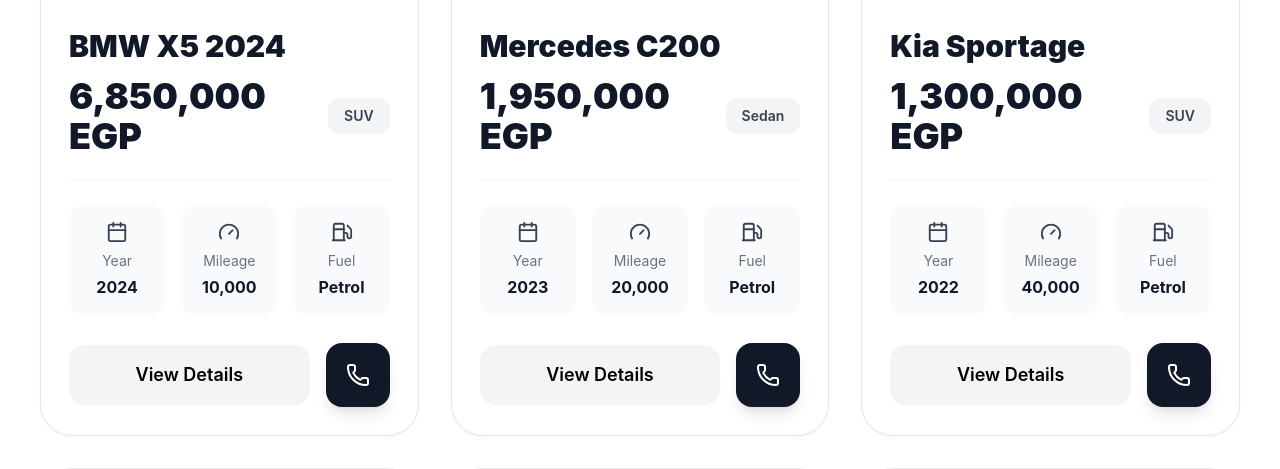
Repository: Hazem-Amr/Car-Price-Prediction
Page: / (app in frontend/)
These files come from the project's save history. The page is drawn as it stood at one moment and after the next save; the edit follows.
The browser window is 1280 px wide. The pictures show the part of the page from y = 1918 to 2387 px (the page is 7592 px tall).
Pictures or frames that could not be fetched are drawn as grey boxes. The project was rebuilt for these pictures with package versions that can differ from the ones it lists, and the page was loaded fresh each time. Also part of the build but not shown: frontend/vite.config.js, frontend/src/components/PricePredictorSection.jsx, frontend/src/data/userListings.js, frontend/src/components/CarsFilter.jsx, frontend/src/pages/Cars.jsx, frontend/src/pages/CarDetails.jsx, frontend/src/pages/Brands.jsx, frontend/src/pages/About.jsx and 5 more.

Above is the page before, as saved 2026-05-27 23:04:48.

### frontend/index.html
<!doctype html>
<html lang="en">
  <head>
    <meta charset="UTF-8" />
    <link rel="icon" type="image/svg+xml" href="/favicon.svg" />
    <meta name="viewport" content="width=device-width, initial-scale=1.0" />
    <title>Tara</title>
  </head>
  <body>
    <div id="root"></div>
    <script type="module" src="/src/main.jsx"></script>
  </body>
</html>

### frontend/src/App.jsx
import React from "react";
import { Routes, Route } from "react-router-dom";
import MainLayout from "./layouts/MainLayout";
import Home from "./pages/Home";
import Cars from "./pages/Cars";
import CarDetails from "./pages/CarDetails";
import Brands from "./pages/Brands";
import About from "./pages/About";
import Contact from "./pages/Contact";
import PricePredictor from "./pages/PricePredictor";
import SellCar from "./pages/SellCar";

export default function App() {
  return (
    <Routes>
      <Route path="/" element={<MainLayout />}>
        <Route index element={<Home />} />
        <Route path="/cars" element={<Cars />} />
        <Route path="/cars/:id" element={<CarDetails />} />
        <Route path="/brands" element={<Brands />} />
        <Route path="/price-predictor" element={<PricePredictor />} />
        <Route path="/sell-car" element={<SellCar />} />
        <Route path="/about" element={<About />} />
        <Route path="/contact" element={<Contact />} />
      </Route>
    </Routes>
  );
}

### frontend/src/index.css
@tailwind base;
@tailwind components;
@tailwind utilities;

html,
body,
#root {
  width: 100%;
  min-height: 100%;
  margin: 0;
  padding: 0;
  overflow-x: hidden;
}

body {
  font-family: Inter, sans-serif;
  background: #ffffff;
}

* {
  box-sizing: border-box;
}

### frontend/src/layouts/MainLayout.jsx
import React from "react";
import { Outlet } from "react-router-dom";
import Navbar from "../components/Navbar";
import Footer from "../components/Footer";

export default function MainLayout() {
  return (
    <div className="w-full min-h-screen bg-white overflow-x-hidden">
      <Navbar />

      <main className="w-full">
        <Outlet />
      </main>

      <Footer />
    </div>
  );
}

### frontend/src/pages/Home.jsx
import Hero from "../components/Hero";
import SearchBar from "../components/SearchBar";
import FeaturedCars from "../components/FeaturedCars";
import BrandGrid from "../components/BrandGrid";
import StatsSection from "../components/StatsSection";
import CTASection from "../components/CTASection";
import PricePredictor from "../components/PricePredictorSection";
import BrowseCategories from "../components/BrowseCategories";

export default function Home() {
  return (
    <>
      <Hero />
      <SearchBar />
      <BrowseCategories />
      <FeaturedCars />
      <BrandGrid />
      <StatsSection />
      <CTASection />
    </>
  );
}

### frontend/src/components/Navbar.jsx
import React, { useState } from "react";
import { Link, NavLink } from "react-router-dom";
import { Menu, X } from "lucide-react";
import logo from "../assets/logo.png";

const navLinks = [
  {
    name: "Home",
    path: "/",
  },

  {
    name: "Cars",
    path: "/cars",
  },

  {
    name: "Brands",
    path: "/brands",
  },

  {
    name: "AI Pricing",
    path: "/price-predictor",
  },

  {
    name: "About",
    path: "/about",
  },

  {
    name: "Contact",
    path: "/contact",
  },
];

export default function Navbar() {
  const [isOpen, setIsOpen] = useState(false);

  return (
    <header className="fixed top-0 left-0 w-full z-50 bg-white/90 backdrop-blur-xl border-b border-gray-100">
      <div className="max-w-[1400px] mx-auto px-6 md:px-10">
        <div className="flex items-center justify-between h-24">
          {/* Logo */}
          <Link to="/" className="flex items-center">
            <img src={logo} alt="Tara Logo" className="h-14 object-contain" />
          </Link>

          {/* Desktop Nav */}
          <nav className="hidden lg:flex items-center gap-10">
            {navLinks.map((link) => (
              <NavLink
                key={link.name}
                to={link.path}
                className={({ isActive }) =>
                  `text-lg font-semibold transition-all duration-300 ${
                    isActive
                      ? "text-gray-900"
                      : "text-gray-500 hover:text-gray-900"
                  }`
                }
              >
                {link.name}
              </NavLink>
            ))}

            {/* CTA */}
            <Link to="/sell-car">
              <button className="bg-gray-900 hover:bg-black text-white px-7 py-3 rounded-2xl font-semibold transition-all duration-300 shadow-lg">
                Sell Your Car
              </button>
            </Link>
          </nav>

          {/* Mobile Menu Button */}
          <button
            onClick={() => setIsOpen(!isOpen)}
            className="lg:hidden w-12 h-12 rounded-2xl bg-gray-100 flex items-center justify-center"
          >
            {isOpen ? (
              <X size={26} className="text-gray-900" />
            ) : (
              <Menu size={26} className="text-gray-900" />
            )}
          </button>
        </div>
      </div>

      {/* Mobile Menu */}
      {isOpen && (
        <div className="lg:hidden bg-white border-t border-gray-100 shadow-xl">
          <div className="px-6 py-8 flex flex-col gap-5">
            {navLinks.map((link) => (
              <NavLink
                key={link.name}
                to={link.path}
                onClick={() => setIsOpen(false)}
                className={({ isActive }) =>
                  `text-lg font-semibold transition ${
                    isActive
                      ? "text-gray-900"
                      : "text-gray-500 hover:text-gray-900"
                  }`
                }
              >
                {link.name}
              </NavLink>
            ))}

            {/* Mobile CTA */}
            <Link to="/sell-car" onClick={() => setIsOpen(false)}>
              <button className="mt-4 w-full bg-gray-900 hover:bg-black text-white h-14 rounded-2xl font-semibold transition">
                Sell Your Car
              </button>
            </Link>
          </div>
        </div>
      )}
    </header>
  );
}

### frontend/src/components/Hero.jsx
import React from "react";
import { Link } from "react-router-dom";

export default function Hero() {
  return (
    <section className="w-full bg-[#f5f5f7] py-24 overflow-hidden">
      <div className="max-w-[1400px] mx-auto px-6 md:px-10 grid lg:grid-cols-2 gap-16 items-center">
        <div>
          <h1 className="text-6xl font-black leading-tight text-gray-900 mb-8">
            Find Your
            <br />
            Perfect Car
          </h1>

          <p className="text-xl text-gray-600 leading-9 mb-10">
            Buy and sell used cars easily with a modern marketplace experience.
          </p>

          <Link to="/cars">
            <button className="bg-[#111827] hover:bg-black text-white px-8 py-5 rounded-2xl text-lg font-semibold transition-all duration-300 shadow-lg">
              Browse Cars
            </button>
          </Link>
        </div>

        <div>
          <img
            src="https://images.unsplash.com/photo-1492144534655-ae79c964c9d7"
            alt="car"
            className="w-full h-[500px] object-cover rounded-[40px] shadow-2xl"
          />
        </div>
      </div>
    </section>
  );
}

### frontend/src/components/SearchBar.jsx
import React, { useState } from "react";
import { Search } from "lucide-react";
import { useNavigate } from "react-router-dom";

import { cars } from "../data/cars";

export default function SearchBar() {
  const [search, setSearch] = useState("");
  const [brand, setBrand] = useState("");

  const navigate = useNavigate();

  // Dynamic Brands From cars.js
  const brands = [...new Set(cars.map((car) => car.name.split(" ")[0]))];

  // Handle Search
  const handleSearch = () => {
    navigate(
      `/cars?search=${encodeURIComponent(
        search,
      )}&brand=${encodeURIComponent(brand)}`,
    );
  };

  return (
    <section className="relative -mt-16 z-20">
      <div className="max-w-[1200px] mx-auto px-6">
        {/* Container */}
        <div className="bg-white rounded-[32px] shadow-2xl border border-gray-100 p-6 md:p-8">
          {/* Search Grid */}
          <div className="grid grid-cols-1 md:grid-cols-4 gap-5 items-center">
            {/* Search Input */}
            <div className="md:col-span-2">
              <input
                type="text"
                placeholder="Search cars..."
                value={search}
                onChange={(e) => setSearch(e.target.value)}
                onKeyDown={(e) => e.key === "Enter" && handleSearch()}
                className="w-full h-16 rounded-2xl border border-gray-200 px-6 text-lg outline-none focus:border-gray-900 transition"
              />
            </div>

            {/* Dynamic Brand Select */}
            <select
              value={brand}
              onChange={(e) => setBrand(e.target.value)}
              className="h-16 rounded-2xl border border-gray-200 px-5 text-lg outline-none focus:border-gray-900 transition bg-white"
            >
              <option value="">Brand</option>

              {brands.map((brandName) => (
                <option key={brandName} value={brandName}>
                  {brandName}
                </option>
              ))}
            </select>

            {/* Search Button */}
            <button
              onClick={handleSearch}
              className="h-16 rounded-2xl bg-gray-900 hover:bg-black transition text-white font-semibold text-lg flex items-center justify-center gap-3 shadow-lg"
            >
              <Search size={22} />
              Search
            </button>
          </div>

          {/* Bottom Filters */}
          <div className="flex flex-wrap items-center gap-4 mt-6">
            <button
              onClick={() => navigate("/cars?search=suv")}
              className="px-5 py-2 rounded-full bg-gray-100 hover:bg-gray-900 hover:text-white transition font-medium"
            >
              SUV
            </button>

            <button
              onClick={() => navigate("/cars?search=sedan")}
              className="px-5 py-2 rounded-full bg-gray-100 hover:bg-gray-900 hover:text-white transition font-medium"
            >
              Sedan
            </button>

            <button
              onClick={() => navigate("/cars?search=automatic")}
              className="px-5 py-2 rounded-full bg-gray-100 hover:bg-gray-900 hover:text-white transition font-medium"
            >
              Automatic
            </button>

            <button
              onClick={() => navigate("/cars")}
              className="px-5 py-2 rounded-full bg-gray-100 hover:bg-gray-900 hover:text-white transition font-medium"
            >
              Used Cars
            </button>
          </div>
        </div>
      </div>
    </section>
  );
}

### frontend/src/components/FeaturedCars.jsx
import React, { useState } from "react";
import { Link } from "react-router-dom";
import CarCard from "./CarCard";
import { cars } from "../data/cars";

const tabs = [
  {
    id: "all",
    label: "Featured Cars",
  },

  {
    id: "latest",
    label: "Latest Listings",
  },

  {
    id: "luxury",
    label: "Luxury Cars",
  },

  {
    id: "budget",
    label: "Budget Cars",
  },
];

export default function FeaturedCars() {
  const [activeTab, setActiveTab] = useState("all");

  const filteredCars =
    activeTab === "all"
      ? cars
      : cars.filter((car) => car.category === activeTab);

  return (
    <section className="py-24 bg-white">
      <div className="max-w-[1400px] mx-auto px-6 md:px-10">
        {/* Header */}
        <div className="flex flex-col lg:flex-row lg:items-center lg:justify-between gap-8 mb-14">
          {/* Title */}
          <div>
            <h2 className="text-5xl font-black text-gray-900 mb-4">
              Explore Cars
            </h2>

            <p className="text-xl text-gray-500">
              Discover premium listings tailored for you
            </p>
          </div>

          {/* Tabs */}
          <div className="flex flex-wrap gap-4">
            {tabs.map((tab) => (
              <button
                key={tab.id}
                onClick={() => setActiveTab(tab.id)}
                className={`px-6 py-3 rounded-2xl font-semibold transition-all duration-300 ${
                  activeTab === tab.id
                    ? "bg-gray-900 text-white shadow-lg"
                    : "bg-gray-100 text-gray-700 hover:bg-gray-100 hover:text-gray-900"
                }`}
              >
                {tab.label}
              </button>
            ))}
          </div>
        </div>

        {/* Cars Grid */}
        <div className="grid grid-cols-1 md:grid-cols-2 xl:grid-cols-3 gap-8">
          {filteredCars.map((car) => (
            <div
              key={car.id}
              className="hover:-translate-y-2 transition duration-300"
            >
              <CarCard car={car} />
            </div>
          ))}
        </div>

        {/* Bottom CTA */}
        <div className="flex justify-center mt-16">
          <Link to="/cars">
            <button className="bg-gray-100 hover:bg-gray-900 hover:text-white transition-all duration-300 px-8 py-4 rounded-2xl font-semibold text-lg">
              View All Cars
            </button>
          </Link>
        </div>
      </div>
    </section>
  );
}

### frontend/src/components/StatsSection.jsx
import React from "react";
import { Car, Users, BadgeCheck, Headphones } from "lucide-react";

const stats = [
  {
    value: "25K+",
    label: "Cars Listed",
    icon: Car,
  },
  {
    value: "10K+",
    label: "Happy Clients",
    icon: Users,
  },
  {
    value: "120+",
    label: "Brands",
    icon: BadgeCheck,
  },
  {
    value: "24/7",
    label: "Support",
    icon: Headphones,
  },
];

export default function StatsSection() {
  return (
    <section className="py-24 bg-[#f5f5f7]">
      <div className="max-w-[1400px] mx-auto px-6 md:px-10">
        {/* Header */}
        <div className="text-center mb-16">
          <h2 className="text-5xl font-black text-gray-900 mb-5">
            Trusted By Thousands
          </h2>

          <p className="text-xl text-gray-500">
            Egypt's leading car marketplace platform
          </p>
        </div>

        {/* Stats */}
        <div className="grid grid-cols-1 sm:grid-cols-2 lg:grid-cols-4 gap-8">
          {stats.map((item) => {
            const Icon = item.icon;

            return (
              <div
                key={item.label}
                className="bg-white rounded-3xl p-10 shadow-sm border border-gray-100 hover:shadow-2xl hover:-translate-y-2 transition-all duration-300"
              >
                {/* Icon */}
                <div className="w-16 h-16 rounded-2xl bg-gray-100 flex items-center justify-center mb-8">
                  <Icon size={32} className="text-gray-900" />
                </div>

                {/* Number */}
                <h3 className="text-5xl font-black text-gray-900 mb-4">
                  {item.value}
                </h3>

                {/* Label */}
                <p className="text-gray-500 text-lg">{item.label}</p>
              </div>
            );
          })}
        </div>
      </div>
    </section>
  );
}

### frontend/src/components/CTASection.jsx
import React from "react";
import { Link } from "react-router-dom";
import ctaCar from "../assets/cta-car.png";

export default function CTASection() {
  return (
    <section className="py-24 bg-white overflow-hidden">
      <div className="max-w-[1400px] mx-auto px-6 md:px-10">
        {/* CTA Card */}
        <div className="relative overflow-hidden rounded-[40px] bg-gradient-to-br from-[#0f172a] via-[#111827] to-[#1e293b] px-10 py-20 md:px-20">
          {/* Background Glow */}
          <div className="absolute top-0 right-0 w-[500px] h-[500px] bg-blue-500/10 rounded-full blur-3xl"></div>

          {/* Grid */}
          <div className="relative z-10 grid lg:grid-cols-2 gap-10 items-center">
            {/* LEFT CONTENT */}
            <div>
              {/* Badge */}
              <div className="inline-flex items-center gap-2 bg-white/10 backdrop-blur px-5 py-2 rounded-full text-white text-sm font-medium mb-8">
                Premium Marketplace
              </div>

              {/* Heading */}
              <h2 className="text-5xl md:text-6xl font-black text-white leading-tight mb-8">
                Ready To Find
                <br />
                Your Dream Car?
              </h2>

              {/* Text */}
              <p className="text-xl text-gray-300 leading-9 mb-12 max-w-2xl">
                Browse thousands of verified premium listings from trusted
                dealers across Egypt.
              </p>

              {/* Buttons */}
              <div className="flex flex-wrap gap-5">
                {/* Explore Cars */}
                <Link to="/cars">
                  <button className="bg-white text-gray-900 hover:bg-gray-200 transition-all duration-300 px-8 py-5 rounded-2xl text-lg font-semibold shadow-xl">
                    Explore Cars
                  </button>
                </Link>

                {/* Sell Your Car */}
                <Link to="/sell-car">
                  <button className="bg-white/10 hover:bg-white hover:text-gray-900 text-white transition-all duration-300 px-8 py-5 rounded-2xl text-lg font-semibold backdrop-blur border border-white/10">
                    Sell Your Car
                  </button>
                </Link>
              </div>
            </div>

            {/* RIGHT SIDE */}
            <div className="relative hidden lg:flex items-center justify-center">
              {/* Large Glow */}
              <div className="absolute w-[500px] h-[500px] bg-blue-500/20 blur-3xl rounded-full"></div>

              {/* Car PNG */}
              <img
                src={ctaCar}
                alt="Luxury Car"
                className="relative z-10 w-[720px] object-contain drop-shadow-[0_40px_80px_rgba(0,0,0,0.55)] hover:scale-105 transition duration-700"
              />

              {/* Floating Card */}
              <div className="absolute bottom-10 left-0 bg-white rounded-3xl px-6 py-5 shadow-2xl z-20">
                <p className="text-gray-500 text-sm mb-1">Premium Listings</p>

                <h3 className="text-4xl font-black text-gray-900">25K+</h3>
              </div>

              {/* Floating Badge */}
              <div className="absolute top-16 right-10 bg-white/10 backdrop-blur border border-white/10 text-white px-5 py-3 rounded-2xl z-20">
                Verified Dealers
              </div>
            </div>
          </div>
        </div>
      </div>
    </section>
  );
}

### frontend/src/data/cars.js
export const cars = [
  {
    id: 1,
    name: "BMW X5 2024",
    price: "6,850,000 EGP",
    image:
      "https://media.ed.edmunds-media.com/bmw/x5/2024/oem/2024_bmw_x5_4dr-suv_xdrive40i_fq_oem_1_815.jpg",
    year: 2024,
    km: "10,000",
    transmission: "Automatic",
    bodyType: "SUV",
    fuelType: "Petrol",
    color: "Blue",
    condition: "Excellent",
    phone: "+201012345678",
  },

  {
    id: 2,
    name: "Mercedes C200",
    price: "1,950,000 EGP",
    image:
      "https://legion-images.hatla2ee.com/original_image/3497b43a-1a5c-475b-a8b5-821b7f71e9b2/large.jpg",
    year: 2023,
    km: "20,000",
    transmission: "Automatic",
    bodyType: "Sedan",
    fuelType: "Petrol",
    color: "White",
    condition: "Excellent",
    phone: "+201098765432",
  },

  {
    id: 3,
    name: "Kia Sportage",
    price: "1,300,000 EGP",
    image: "https://images.unsplash.com/photo-1503376780353-7e6692767b70",
    year: 2022,
    km: "40,000",
    transmission: "Automatic",
    bodyType: "SUV",
    fuelType: "Petrol",
    color: "Gray",
    condition: "Good",
    phone: "+201011122233",
  },

  {
    id: 4,
    name: "Audi RS7",
    price: "3,200,000 EGP",
    image: "https://images.unsplash.com/photo-1502877338535-766e1452684a",
    year: 2024,
    km: "5,000",
    transmission: "Automatic",
    bodyType: "Coupe",
    fuelType: "Petrol",
    color: "Red",
    condition: "Excellent",
    phone: "+201055566677",
  },

  {
    id: 5,
    name: "Toyota Corolla",
    price: "1,100,000 EGP",
    image: "https://images.unsplash.com/photo-1494905998402-395d579af36f",
    year: 2023,
    km: "15,000",
    transmission: "Automatic",
    bodyType: "Sedan",
    fuelType: "Petrol",
    color: "Silver",
    condition: "Excellent",
    phone: "+201022233344",
  },

  {
    id: 6,
    name: "Hyundai Elantra",
    price: "850,000 EGP",
    image: "https://images.unsplash.com/photo-1549399542-7e3f8b79c341",
    year: 2022,
    km: "35,000",
    transmission: "Automatic",
    bodyType: "Sedan",
    fuelType: "Petrol",
    color: "Blue",
    condition: "Good",
    phone: "+201077788899",
  },

  {
    id: 7,
    name: "Porsche Cayenne",
    price: "4,100,000 EGP",
    image: "https://images.unsplash.com/photo-1502161254066-6c74afbf07aa",
    year: 2024,
    km: "2,000",
    transmission: "Automatic",
    bodyType: "SUV",
    fuelType: "Petrol",
    color: "Black",
    condition: "Excellent",
    phone: "+201066677788",
  },

  {
    id: 8,
    name: "Range Rover Sport",
    price: "5,300,000 EGP",
    image: "https://images.unsplash.com/photo-1511919884226-fd3cad34687c",
    year: 2024,
    km: "1,000",
    transmission: "Automatic",
    bodyType: "SUV",
    fuelType: "Hybrid",
    color: "White",
    condition: "Excellent",
    phone: "+201044455566",
  },

  {
    id: 9,
    name: "Nissan Sunny",
    price: "690,000 EGP",
    image: "https://images.unsplash.com/photo-1489824904134-891ab64532f1",
    year: 2021,
    km: "55,000",
    transmission: "Automatic",
    bodyType: "Sedan",
    fuelType: "Petrol",
    color: "Silver",
    condition: "Fair",
    phone: "+201099988877",
  },

  {
    id: 10,
    name: "Chevrolet Captiva",
    price: "980,000 EGP",
    image: "https://images.unsplash.com/photo-1494976388531-d1058494cdd8",
    year: 2023,
    km: "18,000",
    transmission: "Automatic",
    bodyType: "SUV",
    fuelType: "Petrol",
    color: "Gray",
    condition: "Excellent",
    phone: "+201033344455",
  },

  {
    id: 11,
    name: "Tesla Model S",
    price: "3,900,000 EGP",
    image: "https://images.unsplash.com/photo-1503736334956-4c8f8e92946d",
    year: 2024,
    km: "3,000",
    transmission: "Automatic",
    bodyType: "Sedan",
    fuelType: "Electric",
    color: "Black",
    condition: "Excellent",
    phone: "+201088899900",
  },

  {
    id: 12,
    name: "Volkswagen Golf GTI",
    price: "1,450,000 EGP",
    image: "https://images.unsplash.com/photo-1544636331-e26879cd4d9b",
    year: 2022,
    km: "25,000",
    transmission: "Automatic",
    bodyType: "Hatchback",
    fuelType: "Petrol",
    color: "Red",
    condition: "Good",
    phone: "+201011199988",
  },
];

Loaded but not shown: frontend/src/main.jsx (common file); frontend/tailwind.config.js (common file); frontend/src/components/BrandGrid.jsx (154 lines, source omitted); frontend/src/components/Footer.jsx (125 lines, source omitted); frontend/src/components/CarCard.jsx (112 lines, source omitted); frontend/src/components/BrowseCategories.jsx (160 lines, source omitted)

After the next save:
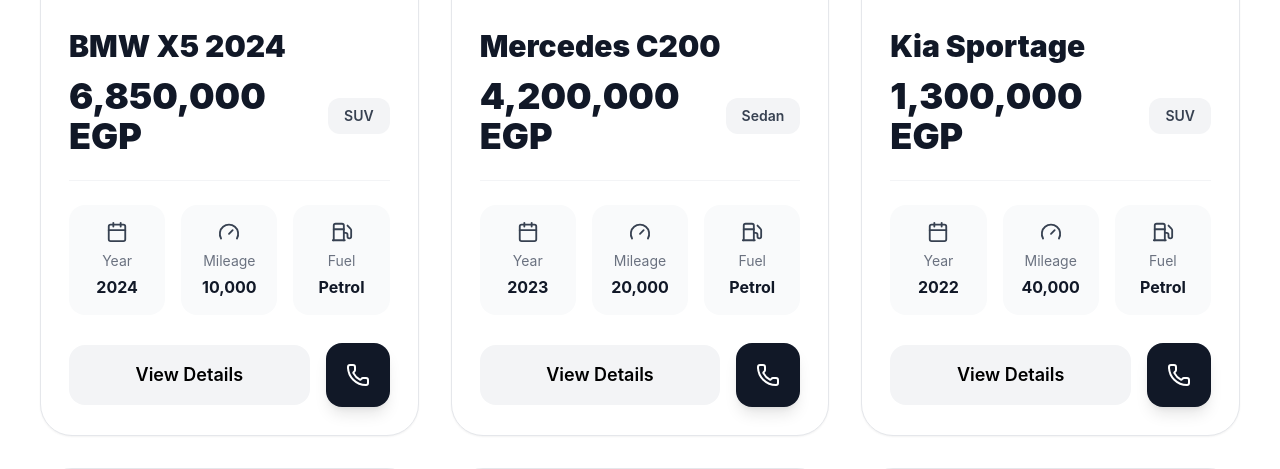
Saved 4 min 11 s later.
--- a/frontend/src/data/cars.js
+++ b/frontend/src/data/cars.js
@@ -18,7 +18,7 @@
   {
     id: 2,
     name: "Mercedes C200",
-    price: "1,950,000 EGP",
+    price: "4,200,000 EGP",
     image:
       "https://legion-images.hatla2ee.com/original_image/3497b43a-1a5c-475b-a8b5-821b7f71e9b2/large.jpg",
     year: 2023,
